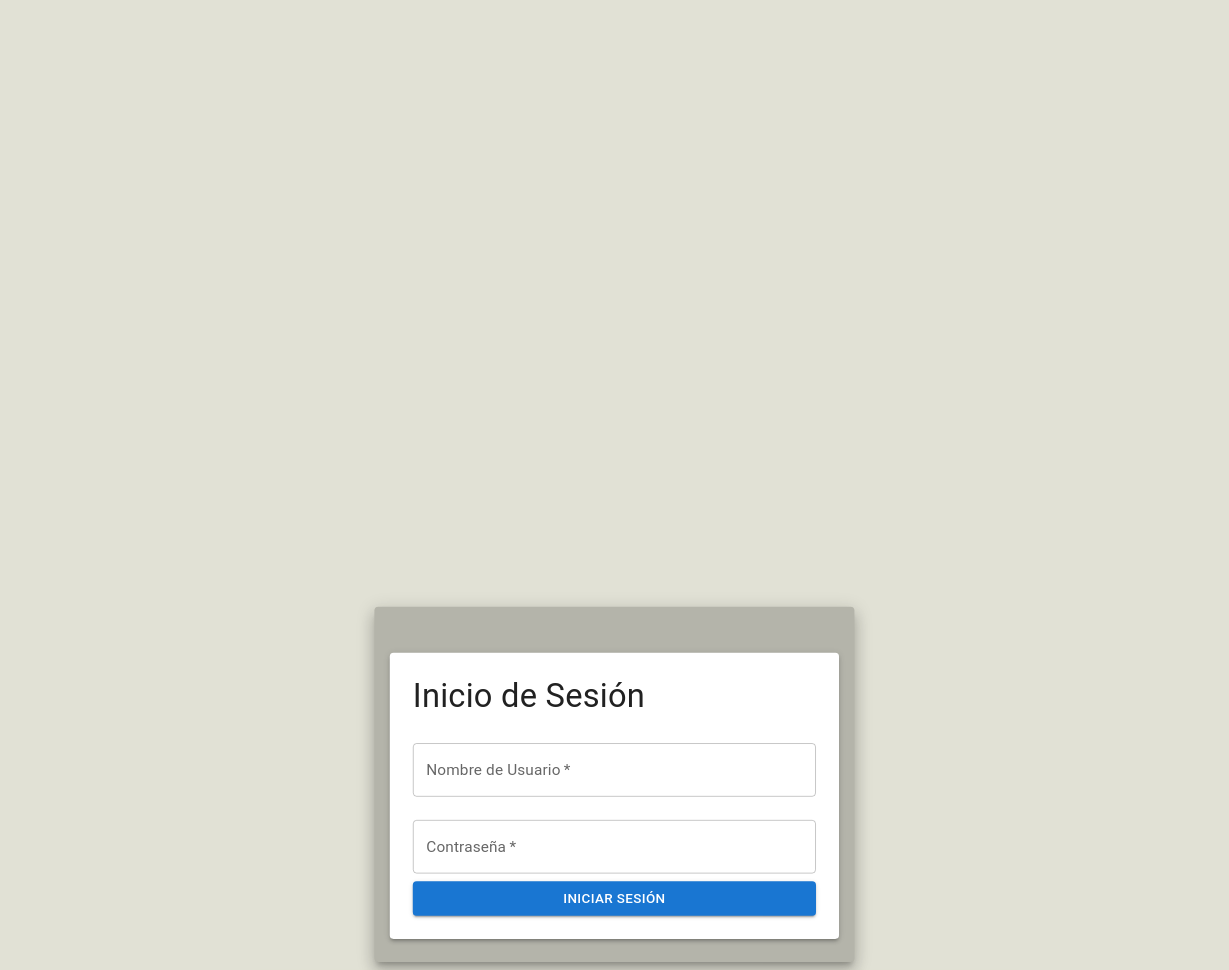
Repository: Mpablom/usuarioCaC-integrador-final-front
Page: /
These files come from the project's save history. The page is drawn as it stood at one moment and after a run of saves; the edit follows.
The browser window is 1280 px wide. The pictures show the whole page, at 96% of full size.
The project was rebuilt for these pictures with package versions that can differ from the ones it lists, and the page was loaded fresh each time. Also part of the build but not shown: vite.config.ts, src/components/UsuariosTable.tsx.

Above is the page before, as saved 2024-07-11 00:30:38.

### src/App.tsx
// App.tsx (o donde configures tus rutas)
import React from 'react';
import {
  BrowserRouter as Router,
  Route,
  Routes,
  Navigate,
} from 'react-router-dom';
import Login from './components/Login'; // Componente de inicio de sesión
import UsuariosTable from './components/UsuariosTable'; // Componente de la tabla de usuarios

const App: React.FC = () => {
  return (
    <Router>
      <Routes>
        <Route path="/login" element={<Login />} />
        <Route path="/usuarios" element={<UsuariosTable />} />
        <Route path="/" element={<Navigate to="/login" />} />
      </Routes>
    </Router>
  );
};

export default App;

### src/index.css
 :root {
  font-family: system-ui, -apple-system, BlinkMacSystemFont, 'Segoe UI', Roboto;
  line-height: 1.5;
  /* font-weight: 400; */

  color-scheme: light dark;
  color: rgba(255, 255, 255, 0.87);
  background-color: #E1E1D5;

  font-synthesis: none;
  text-rendering: optimizeLegibility;
  -webkit-font-smoothing: antialiased;
  -moz-osx-font-smoothing: grayscale;
}
Card{
  background-color: #B4B4AA;
}
/*
a {
  font-weight: 500;
  color: #646cff;
  text-decoration: inherit;
}
a:hover {
  color: #535bf2;
}

body {
  margin: 0;
  display: flex;
  place-items: center;
  min-width: 320px;
  min-height: 100vh;
}

h1 {
  font-size: 3.2em;
  line-height: 1.1;
  color: #1a1a1a;
}

button {
  border-radius: 8px;
  border: 1px solid transparent;
  padding: 0.6em 1.2em;
  font-size: 1em;
  font-weight: 500;
  font-family: inherit;
  background-color: #1a1a1a;
  cursor: pointer;
  transition: border-color 0.25s;
}
button:hover {
  border-color: #646cff;
}
button:focus,
button:focus-visible {
  outline: 4px auto -webkit-focus-ring-color;
}

@media (prefers-color-scheme: light) {
  :root {
    color: #213547;
    background-color: #ffffff;
  }
  a:hover {
    color: #747bff;
  }
  button {
    background-color: #f9f9f9;
  }
}
 */

### src/components/Login.tsx
import {
  Button,
  Card,
  CardContent,
  CardHeader,
  Container,
  TextField,
  Typography,
} from "@mui/material";
import { login } from "../axios/UsuarioApi";
import { useState } from "react";
import { useNavigate } from "react-router-dom";

const Login: React.FC = () => {
  const [username, setUsername] = useState("");
  const [password, setPassword] = useState("");
  const [error, setError] = useState("");
  const navigate = useNavigate();
  const handleLogin = async (event: React.FormEvent<HTMLFormElement>) => {
    event.preventDefault();
    setError("");
    try {
      const response = await login({ username, password });
      if (response.message === "Autenticación exitosa") {
        navigate("/usuarios");
      }
    } catch (error) {
      setError("Error al iniciar sesión");
    }
  };
  return (
    <Card
      sx={{
        maxWidth: 500,
        margin: "auto",
        boxShadow: "10",
        mt: '50%',
        bgcolor: "#B4B4AA",
      }}
    >
      <CardHeader />
      <CardContent>
        <Container sx={{ bgcolor: "#FFFFFF", p: 3, boxShadow: 3, borderRadius: 1 }}>
          <Typography variant="h4" component="h1" gutterBottom>
            Inicio de Sesión
          </Typography>
          <form onSubmit={handleLogin}>
            <TextField
              label="Nombre de Usuario"
              variant="outlined"
              fullWidth
              margin="normal"
              value={username}
              onChange={(e) => setUsername(e.target.value)}
              required
            />
            <TextField
              label="Contraseña"
              variant="outlined"
              fullWidth
              margin="normal"
              type="password"
              value={password}
              onChange={(e) => setPassword(e.target.value)}
              required
            />
            {error && (
              <Typography color="error" variant="body2">
                {error}
              </Typography>
            )}
            <Button type="submit" variant="contained" color="primary" fullWidth>
              Iniciar Sesión
            </Button>
          </form>
        </Container>
      </CardContent>
    </Card>
  );
};

export default Login;

### src/axios/UsuarioApi.ts
import api from './Api';
import { Usuario, UsuarioLogin } from '../models/UsuarioModel';

export const getUsuarios = async (): Promise<Usuario[]> => {
  const response = await api.get('/usuarios');
  return response.data;
};

export const getUsuarioById = async (id: number): Promise<Usuario> => {
  const response = await api.get(`/usuarios/${id}`);
  return response.data;
};

export const createUsuario = async (usuario: Usuario): Promise<void> => {
  const response = await api.post('/usuarios', usuario);
  return response.data;
};

export const updateUsuario = async (id: number, usuario: Usuario): Promise<void> => {
  const response = await api.put(`/usuarios/${id}`, usuario);
  return response.data;
};

export const deleteUsuario = async (id: number): Promise<void> => {
  const response = await api.delete(`/usuarios/${id}`);
  return response.data;
};

export const restoreUsuario = async (id: number): Promise<void> => {
  const response = await api.patch(`/usuarios/${id}`);
  return response.data;
};
export const login = async (usuarioLogin: UsuarioLogin): Promise<Usuario> => {
    try {
        const response = await api.post(`/usuarios/login`, usuarioLogin);
        return response.data as Usuario; // Asegúrate de que response.data sea del tipo Usuario
    } catch (error) {
        if (error instanceof Error) {
            throw new Error(`Error al iniciar sesión: ${error.message}`);
        } else {
            throw new Error(`Error al iniciar sesión: Error desconocido`);
        }
    }
  }

### src/axios/api.ts
import axios from 'axios';

const api = axios.create({
  baseURL: 'http://localhost:8080',
  headers: {
    'Content-Type': 'application/json',
  },
});

export default api;

Loaded but not shown: index.html (common file); src/main.tsx (common file)

After the next 2 saves:
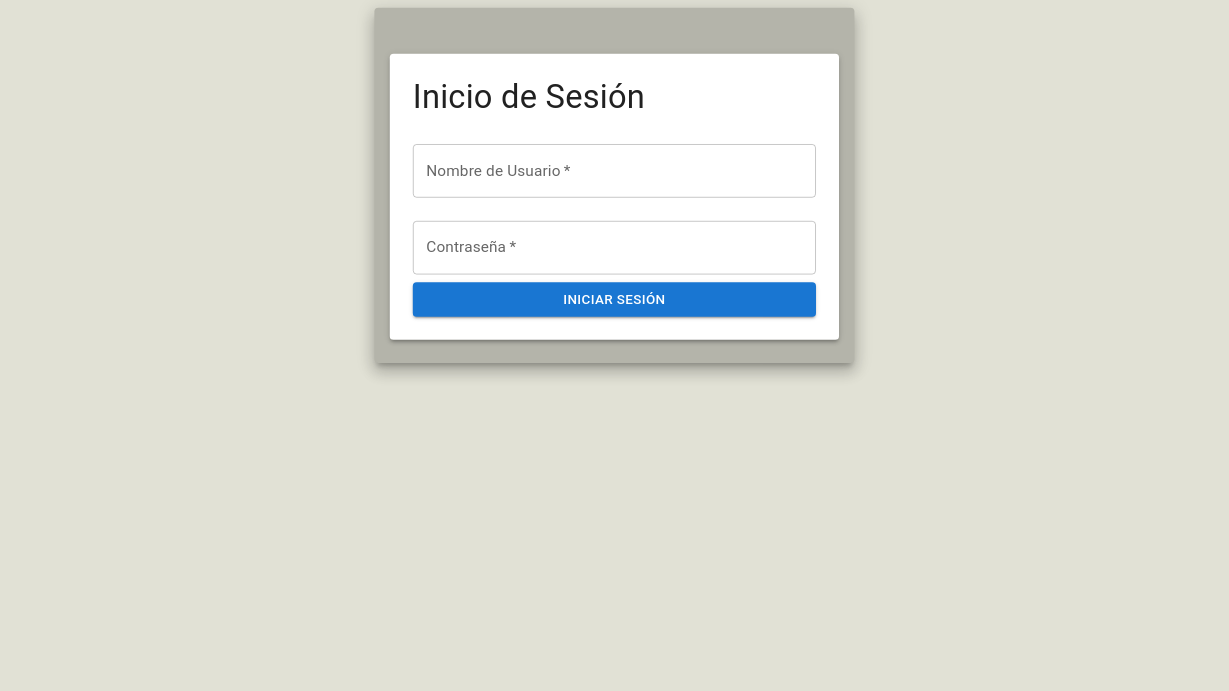
The 2 saves are shown as one change because they came seconds apart.
The last was saved 20 s later.
--- a/src/components/Login.tsx
+++ b/src/components/Login.tsx
@@ -34,7 +34,7 @@ const Login: React.FC = () => {
         maxWidth: 500,
         margin: "auto",
         boxShadow: "10",
-        mt: '50%',
+        mt: 'auto',
         bgcolor: "#B4B4AA",
       }}
     >
